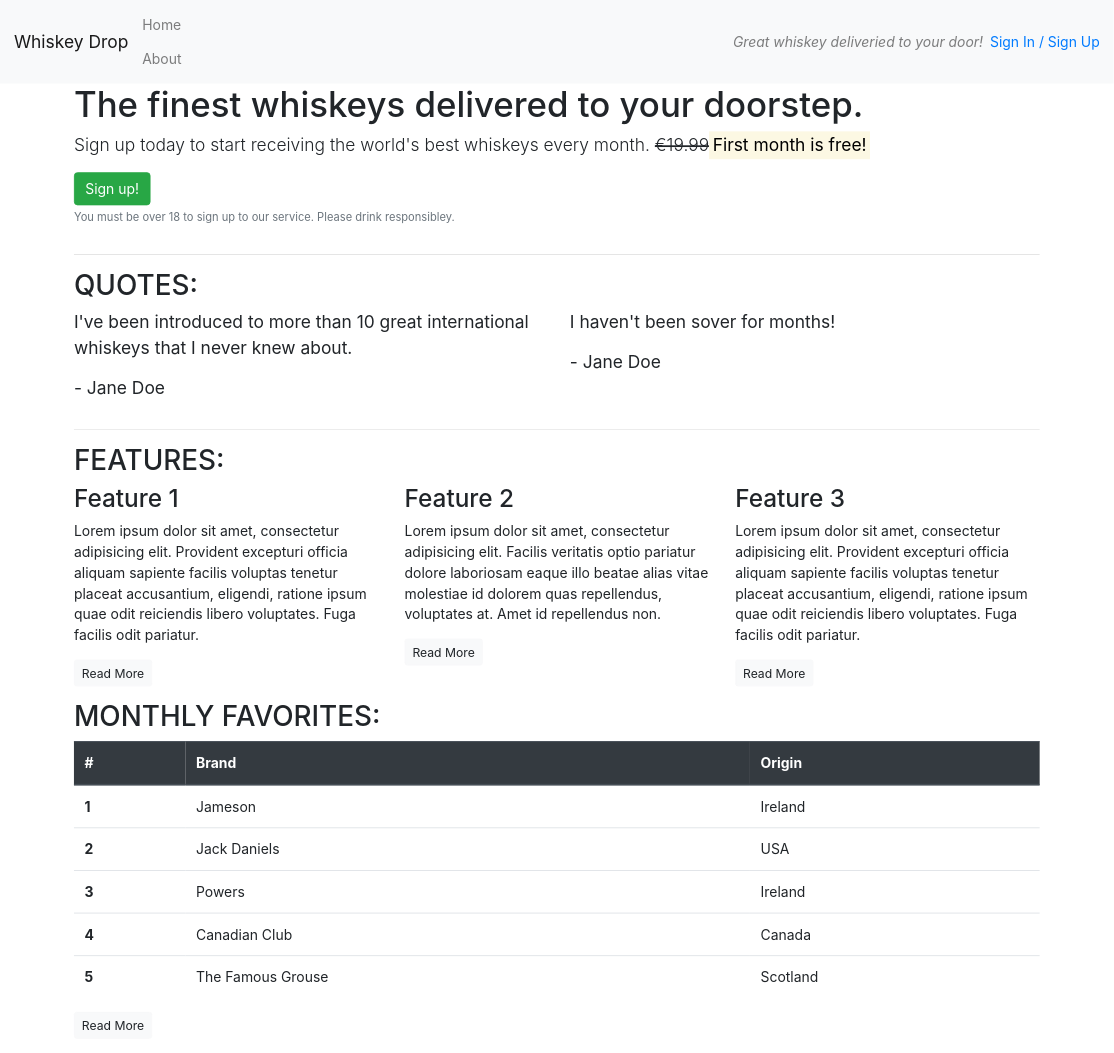
Repository: dof-bull/whiskey-drop
Page: index.html
The author's editor kept a record of every edit. The page is drawn from the files as they stood at one moment, then again after the next edit.
The browser window is 1280 px wide. The pictures show the whole page, at 87% of full size.

Above is the page before.
Console error: TypeError: Cannot read properties of undefined (reading 'fn')

After the next edit:
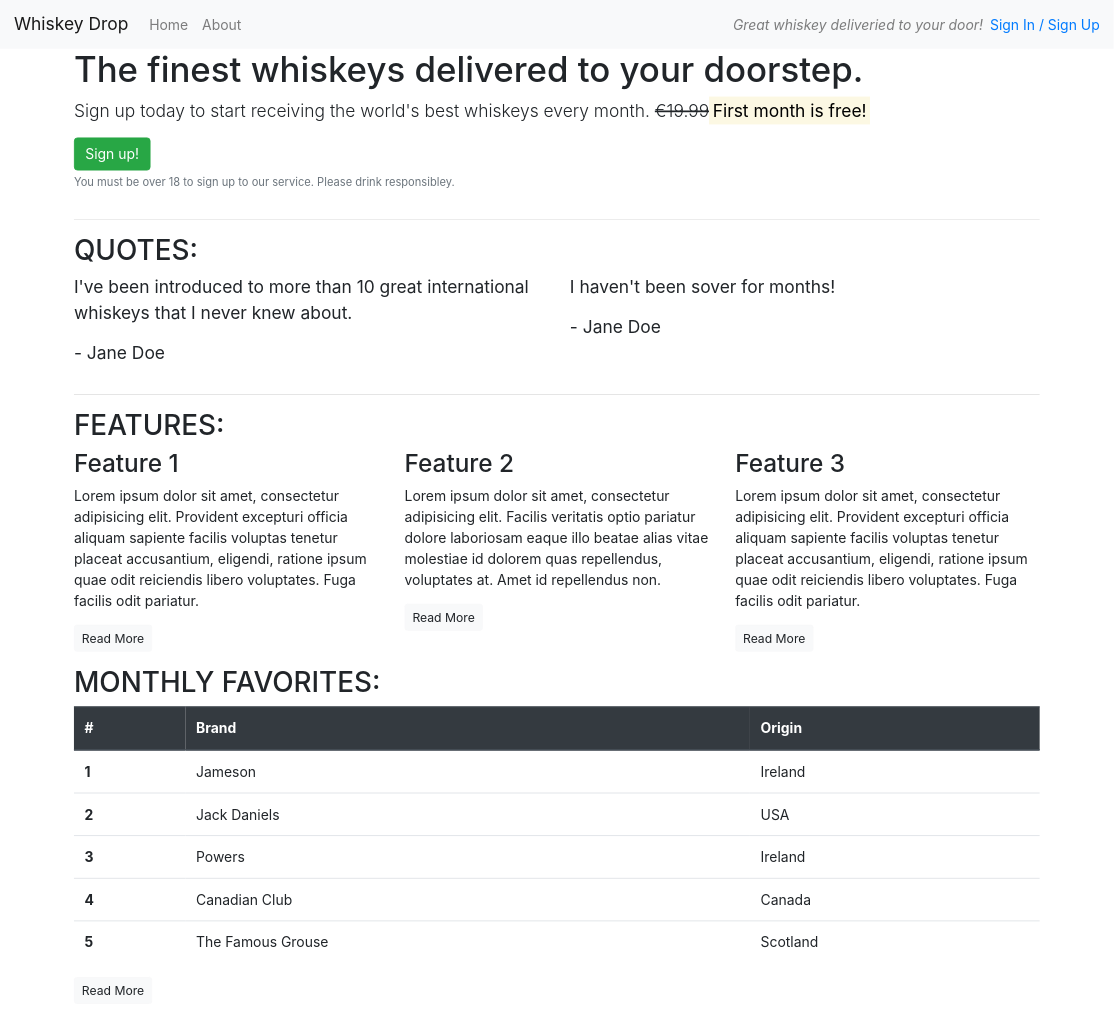
The edit:
--- a/index.html
+++ b/index.html
@@ -12,7 +12,7 @@
 </head>
 
 <body>
-  <nav class="navbar navbar-light bg-light navbar-expanded-sm">
+  <nav class="navbar navbar-light bg-light navbar-expand-sm">
     <a href="/" class="navbar-brand">Whiskey Drop</a>
     <ul class="navbar-nav mr-auto">
       <li class "active nav-item mr-2"><a class="nav-link" href="/">Home</a></li>
